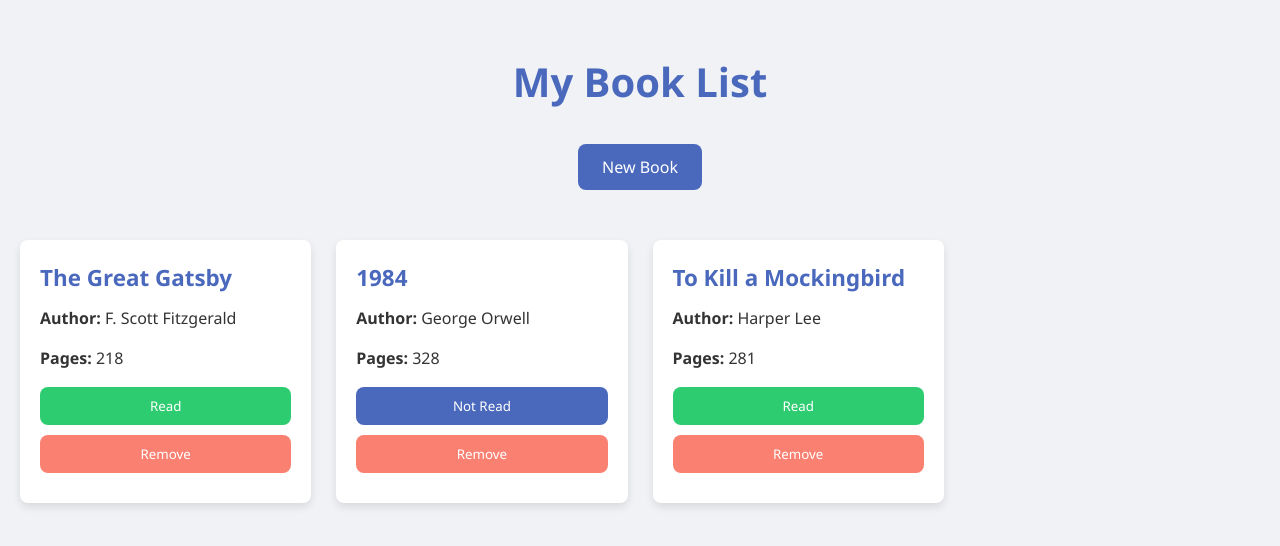
Repository: gkintu/odin-book-library
Page: index.html
These files come from the project's save history. The page is drawn as it stood at one moment and after the next save; the edit follows.
The browser window is 1280 px wide. The pictures show the whole page.

Above is the page before, as saved 2025-03-11 15:25:28.

### index.html
<!DOCTYPE html>
<html lang="en">
<head>
    <meta charset="UTF-8">
    <meta name="viewport" content="width=device-width, initial-scale=1.0">
    <link rel="stylesheet" href="style.css">
    <title>Book Library App</title>
</head>
<body>
    <h1>My Book List</h1>
    <button id="new-book-btn" class="btn">New Book</button>

    <!-- Display container for books -->
    <div id="library"></div>

    <!-- Modal form for user to add a new book-->
     <div id="modal-book-container">
        <form id="book-form">
            <h2>Add a New Book</h2>
            <label for="title">Title:</label>
            <input type="text" id="title" name="title" required>

            <label for="author">Author</label>
            <input type="text" id="author" name="author" required>

            <label for="pages">Pages</label>
            <input type="number" id="pages" name="pages" required>

            <label>
                <input type="checkbox" id="read" name="read" />
                Read
              </label>

            <button type="submit" class="btn">Submit</button>
            <button type="button" id="cancel-btn" class="btn">Cancel</button>
        </form>
     </div>

     <script src="script.js"></script>
</body>

</html>

### style.css
:root {
    --primary-color: #4a69bd;
    --secondary-color: #3d5a8c;
    --text-color: #333;
    --light-color: #f5f6fa;
    --shadow: 0 4px 8px rgba(0, 0, 0, 0.1);

    --border-radius: 8px;
    --transition: all 0.2s ease;
}

* {
    margin: 0;
    padding: 0;
    box-sizing: border-box;
    font-family: 'Segoe UI', Tahoma, Geneva, Verdana, sans-serif;
}

body {
    background-color: #f0f2f5;
    color: var(--text-color);
    line-height: 1.6;
    padding: 20px;
    margin: 0 auto;
}

h1 {
    text-align: center;
    margin: 30px 0;
    color: var(--primary-color);
    font-size: 2.5rem;
}

.btn {
    background-color: var(--primary-color);
    color: #fff;
    border:none;
    padding: 10px 15px;
    border-radius: var(--border-radius);
    cursor: pointer;
    transition: var(--transition);
}

.btn:hover {
    background-color: var(--secondary-color);
    transform: translateY(-1px);
}

#new-book-btn {
    display: block;
    margin: 0 auto 50px;
    font-size: 1rem;
    padding: 12px 24px;
}

#library {
    display:grid;
    grid-template-columns: repeat(auto-fill, minmax(250px, 1fr));
    gap: 25px;
}

.book-card {
    background-color: #fff;
    border-radius: var(--border-radius);
    padding: 20px;
    box-shadow: var(--shadow);
    display: flex;
    flex-direction: column;
    transition: var(--transition);
}

.toggle-btn.read {
    background-color: #2ecc71;
  }

  .toggle-btn.read:hover {
    background-color: #27ae60;
  }

.book-card:hover {

  transform: translateY(-0.5px);
    box-shadow: 0 8px 16px rgba(0, 0, 0, 0.15);
}

.book-card h3 {
    color: var(--primary-color);
    margin-bottom: 10px;
    font-size: 1.4rem;
}

.book-card p {
    margin-bottom: 15px;
}

.book-card .btn {
    margin-bottom: 10px;
}

.remove-btn {
    background-color:  #fa8072
}

.remove-btn:hover {
    background-color: #ec8181;
}

#modal-book-container {
    position:fixed;
    top: 0;
    left: 0;
    width: 100vw;
    height: 100vh;
    background-color: rgba(0, 0, 0, 0.5);
    display: none;
    justify-content: center;
    align-items: center;
    z-index: 1000;
}

#book-form {
    background-color: #fff;
    padding: 30px;
    border-radius: var(--border-radius);
    width: 90%;
    max-width: 500px;
    box-shadow: var(--shadow);
}

#book-form h2 {
    margin-bottom: 20px;
    color:var(--primary-color);
    text-align: center;
}

#book-form label {
    display: block;
    margin-bottom: 5px;
   font-weight: 600;
}

#book-form input[type="text"],
#book-form input[type="number"] {
    width: 100%;
    padding: 10px;
    margin-bottom: 20px;
    border: 1px solid #ddd;
    border-radius: var(--border-radius);
    font-size: 1rem;
}

#book-form input[type="checkbox"] {
    margin-right: 10px;
}

#cancel-btn {
    background-color: #7080ac;
}

#cancel-btn:hover {
    background-color: #617099;
}

### script.js
// storing all the added books
const myLibrary = [];

// Object Constructor for the books

function Book(title, author, pages, read) {
  this.id = crypto.randomUUID();
  this.title = title;
  this.author = author;
  this.pages = pages;
  this.read = read;
}

// update myLibrary array and display the library cards
function addBookToLibrary(title, author, pages, read) {
  const book = new Book(title, author, pages, read);
  myLibrary.push(book);
  displayBook();
}

//function to display the books for the user

function displayBook() {
  const libraryDiv = document.getElementById("library");
  libraryDiv.innerHTML = ""; //Clear container for each update

  myLibrary.forEach((book) => {
    const card = document.createElement("div");
    card.classList.add("book-card");
    card.dataset.id = book.id;

    //create toggle class to change color of button based on read or not read

    const toggleButtonClass = book.read ? "btn toggle-btn read" :  "btn toggle-btn"

    card.innerHTML = `
    <h3>${book.title}</h3>
    <p><strong>Author:</strong> ${book.author}</p>
    <p><strong>Pages:</strong> ${book.pages}</p>
        <button class="${toggleButtonClass}" data-id="${book.id}"> ${
      book.read ? "Read" : "Not Read"
    }</button>
    <button class="btn remove-btn" data-id="${book.id}">Remove</button>

   `;

    libraryDiv.appendChild(card);
  });
}

//Function to remove book from myLibrary Array based on its book.id
function removeBook(id) {
  const index = myLibrary.findIndex((book) => book.id === id);
  if (index !== -1) {
    myLibrary.splice(index, 1);
  }
}

//Function to toggle Read button from Read to Not Read
function toggleReadStatus(id) {
  const book = myLibrary.find((book) => book.id === id);
  if (book) {
    book.read = !book.read;
    displayBook();
  }
}

// --- Event Listeners ---

// Activate form modal when new book button is clicked
document.getElementById("new-book-btn").addEventListener("click", () => {
  document.getElementById("modal-book-container").style.display = "flex";
});

// Get form submission from user
document.getElementById("book-form").addEventListener("submit", (event) => {
  event.preventDefault();
  const title = document.getElementById("title").value;
  const author = document.getElementById("author").value;
  const pages = document.getElementById("pages").value;
  const read = document.getElementById("read").checked;

  addBookToLibrary(title, author, pages, read);

  //After book card is added, hide and reset the modal
  event.target.reset();
  document.getElementById("modal-book-container").style.display = "none";
});

// Cancel button to hide the modal
document.getElementById("cancel-btn").addEventListener("click", () => {
  document.getElementById("modal-book-container").style.display = "none";
});

//update book card based on remove or toggle button
document.getElementById("library").addEventListener("click", (event) => {
  const id = event.target.dataset.id;

  if (event.target.classList.contains("toggle-btn")) {
    toggleReadStatus(id)
  } else if (event.target.classList.contains("remove-btn")) {
    removeBook(id);
    displayBook();
  }
});

addBookToLibrary('The Great Gatsby', 'F. Scott Fitzgerald', 218, true);
addBookToLibrary('1984', 'George Orwell', 328, false);
addBookToLibrary('To Kill a Mockingbird', 'Harper Lee', 281, true);

After the next save:
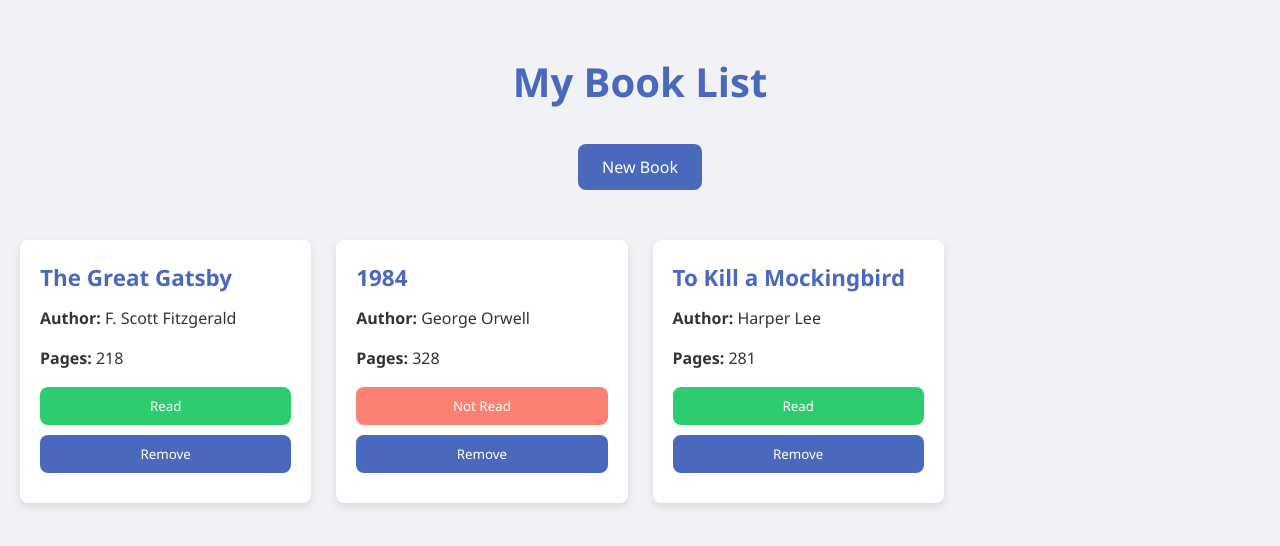
Saved 98 s later.
--- a/style.css
+++ b/style.css
@@ -77,6 +77,15 @@ h1 {
     background-color: #27ae60;
   }
 
+  .toggle-btn {
+    background-color: #fa8072
+  }
+
+  .toggle-btnd:hover {
+    background-color: #ec8181
+  }
+
+
 .book-card:hover {
 
   transform: translateY(-0.5px);
@@ -98,7 +107,7 @@ h1 {
 }
 
 .remove-btn {
-    background-color:  #fa8072
+
 }
 
 .remove-btn:hover {
